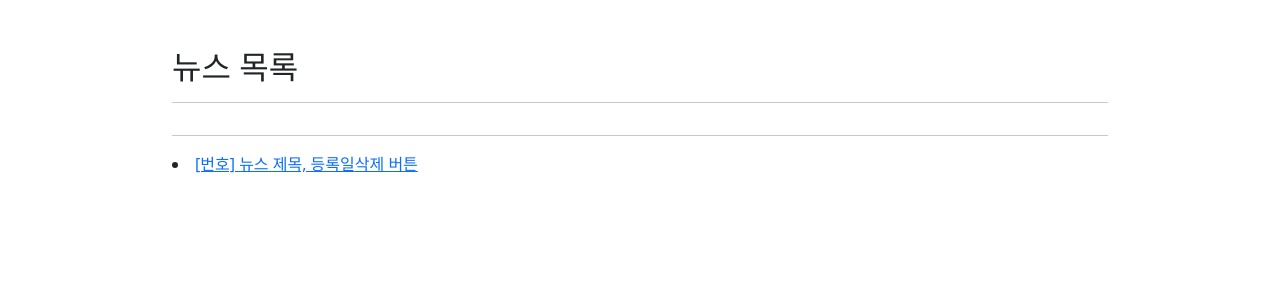
Repository: gold9387/jwbook
Page: http://localhost/jwbook/news.nhn
An editor plug-in stored every save of this project. The page is shown before and after the next save, followed by the edit.
The browser window is 1280 px wide. The pictures show the whole page.
The page is served by Tomcat 9. Other server files are loaded and not shown. Queries for data that is not in the repository find no rows.

Above is the page before, as saved 2023-06-07 06:11:22.

### jwbook/src/main/webapp/ch10/newsList.jsp
<%@ page language="java" contentType="text/html; charset=UTF-8"
	pageEncoding="UTF-8"%>
<%@ taglib uri="http://java.sun.com/jsp/jstl/core" prefix="c"%>
<!DOCTYPE html>
<html>
<head>
<link
	href="https://cdn.jsdelivr.net/npm/bootstrap@5.2.3/dist/css/bootstrap.min.css"
	rel="stylesheet"
	integrity="sha384-rbsA2VBKQhggwzxH7pPCaAqO46MgnOM80zW1RWuH61DGLwZJEdK2Kadq2F9CUG65"
	crossorigin="anonymous">
<script
	src="https://cdn.jsdelivr.net/npm/bootstrap@5.2.3/dist/js/bootstrap.bundle.min.js"
	integrity="sha384-kenU1KFdBIe4zVF0s0G1M5b4hcpxyD9F7jL+jjXkk+Q2h455rYXK/7HAuoJl+0I4"
	crossorigin="anonymous"></script>
<meta charset="UTF-8">
<title>뉴스 관리 앱</title>
</head>
<body>
	<div class="container w-75 mt-5 mx-auto">
		<h2>뉴스 목록</h2>
		<hr />
		<ul class="list-group">
			<c:forEach var="news" items="${newslist}" varStatus="status">
				<li class="list-group-item list-group-item-action d-flex justify-content-between align-items-center">
					<a href="news.nhn?action=getNews&aid=${news.aid}"
					class="text-decoration-none">[${status.count}] ${news.title}, ${news.date}</a>
					<a href="news.nhn?action=deleteNews&aid=${news.aid}"><span class="badge bg-secondary">&times;</span></a>
				</li>
			</c:forEach>
		</ul>
		<hr />
		<li><a href="">[번호] 뉴스 제목, 등록일</a><a href="">삭제 버튼</a></li>
	</div>
</body>
</html>

### jwbook/src/main/java/ch10/NewsController.java
package ch10;

import java.io.IOException;
import java.lang.reflect.Method;
import java.sql.SQLException;
import java.util.List;

import javax.servlet.RequestDispatcher;
import javax.servlet.ServletConfig;
import javax.servlet.ServletContext;
import javax.servlet.ServletException;
import javax.servlet.annotation.MultipartConfig;
import javax.servlet.annotation.WebServlet;
import javax.servlet.http.HttpServlet;
import javax.servlet.http.HttpServletRequest;
import javax.servlet.http.HttpServletResponse;
import javax.servlet.http.Part;

import org.apache.commons.beanutils.BeanUtils;

/**
 * Servlet implementation class NewsController
 */
@WebServlet(urlPatterns = "/news.nhn")
@MultipartConfig(maxFileSize = 1024 * 1024 * 2, location = "/Users/gimmingyu/eclipse_work/jwbook/src/main/webapp/img")
public class NewsController extends HttpServlet {
	private static final long serialVersionUID = 1L;

	private NewsDAO dao;
	private ServletContext ctx;

	private final String START_PAGE = "ch10/newsList.jsp";

	/**
	 * @see HttpServlet#HttpServlet()
	 */
	public NewsController() {
		super();
	}

	/**
	 * @see Servlet#init(ServletConfig)
	 */
	public void init(ServletConfig config) throws ServletException {
		super.init(config);
		dao = new NewsDAO();
		ctx = getServletContext();
	}

	/**
	 * @see HttpServlet#service(HttpServletRequest request, HttpServletResponse
	 *      response)
	 */
	protected void service(HttpServletRequest request, HttpServletResponse response)
			throws ServletException, IOException {
		request.setCharacterEncoding("UTF-8");
		response.setContentType("text/html; charset=UTF-8");
		String action = request.getParameter("action");

		dao = new NewsDAO();

		Method m;
		String view = null;

		if (action == null)
			action = "listNews";

		try {
			m = this.getClass().getMethod(action, HttpServletRequest.class);
			view = (String) m.invoke(this, request);
		} catch (NoSuchMethodException e) {
			e.printStackTrace();
			ctx.log("요청 action 없음!");
			request.setAttribute("error", "action 파라미터가 잘못되었습니다!");
			view = START_PAGE;
		} catch (Exception e) {
			e.printStackTrace();
		}

		if (view.startsWith("redirect:/")) {
			String rview = view.substring("redirect:/".length());
			response.sendRedirect(rview);
		} else {
			RequestDispatcher dispatcher = request.getRequestDispatcher(view);
			dispatcher.forward(request, response);
		}
	}

	public String addNews(HttpServletRequest request) {
		News n = new News();
		try {
			Part part = request.getPart("file");
			String fileName = getFilename(part);

			if (fileName != null && !fileName.isEmpty()) {
				part.write(fileName);
			}
			BeanUtils.populate(n, request.getParameterMap());
			n.setImg("/img/" + fileName);
			dao.addNews(n);
		} catch (Exception e) {
			e.printStackTrace();
			ctx.log("뉴스 추가 과정에서 문제 발생!");
			request.setAttribute("error", "뉴스가 정상적으로 등록되지 않았습니다!");
			return listNews(request);
		}
		return "redirect:/news.nhn?action=listNews";
	}

	public String deleteNews(HttpServletRequest request) {
		int aid = Integer.parseInt(request.getParameter("aid"));
		try {
			dao.delNews(aid);
		} catch (SQLException e) {
			e.printStackTrace();
			ctx.log("뉴스 삭제 과정에서 문제 발생!");
			request.setAttribute("error", "뉴스가 정상적으로 삭제되지 않았습니다!");
			return listNews(request);
		}
		return "redirect:/news.nhn?action=listNews";
	}

	public String listNews(HttpServletRequest request) {
		List<News> list;
		try {
			list = dao.getAll();
			request.setAttribute("newslist", list);
		} catch (Exception e) {
			e.printStackTrace();
			ctx.log("뉴스 목록 생성 과정에서 문제 발생!");
			request.setAttribute("error", "뉴스 목록이 정상적으로 처리되지 않았습니다!");
		}
		return "ch10/newsList.jsp";
	}

	public String getNews(HttpServletRequest request) {
		int aid = Integer.parseInt(request.getParameter("aid"));
		try {
			News n = dao.getNews(aid);
			request.setAttribute("news", n);
		} catch (Exception e) {
			e.printStackTrace();
			ctx.log("뉴스를 가져오는 과정에서 문제 발생!");
			request.setAttribute("error", "뉴스를 정상적으로 가져오지 못했습니다!");
		}
		return "ch10/newsView.jsp";
	}

	private String getFilename(Part part) {
		String fileName = null;
		String header = part.getHeader("content-disposition");
		System.out.println("Header => " + header);
		int start = header.indexOf("filename=");
		fileName = header.substring(start + 10, header.length() - 1);
		ctx.log("파일명:" + fileName);
		return fileName;
	}

}

After the next save:
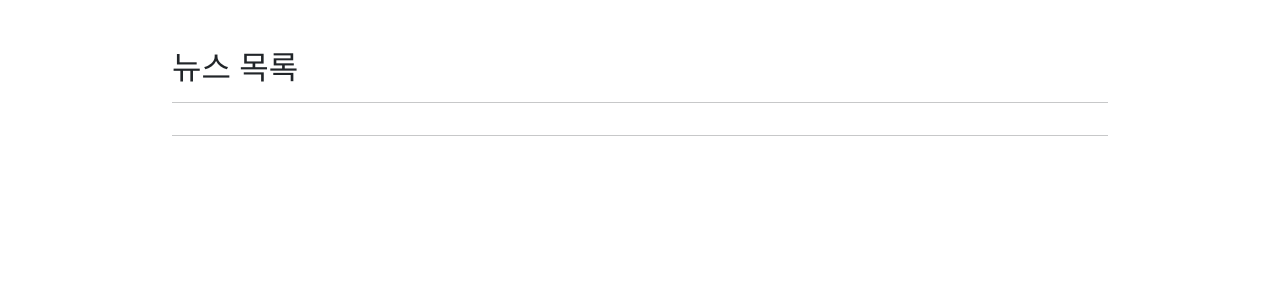
Saved 119 s later.
--- a/jwbook/src/main/webapp/ch10/newsList.jsp
+++ b/jwbook/src/main/webapp/ch10/newsList.jsp
@@ -30,7 +30,11 @@
 			</c:forEach>
 		</ul>
 		<hr />
-		<li><a href="">[번호] 뉴스 제목, 등록일</a><a href="">삭제 버튼</a></li>
+		<c:if test="${error != null}">
+		<div class="alert-danger alert-dismissible fade show mt-3">
+		에러 발생: ${error}
+		</div>
+		</c:if>
 	</div>
 </body>
 </html>
